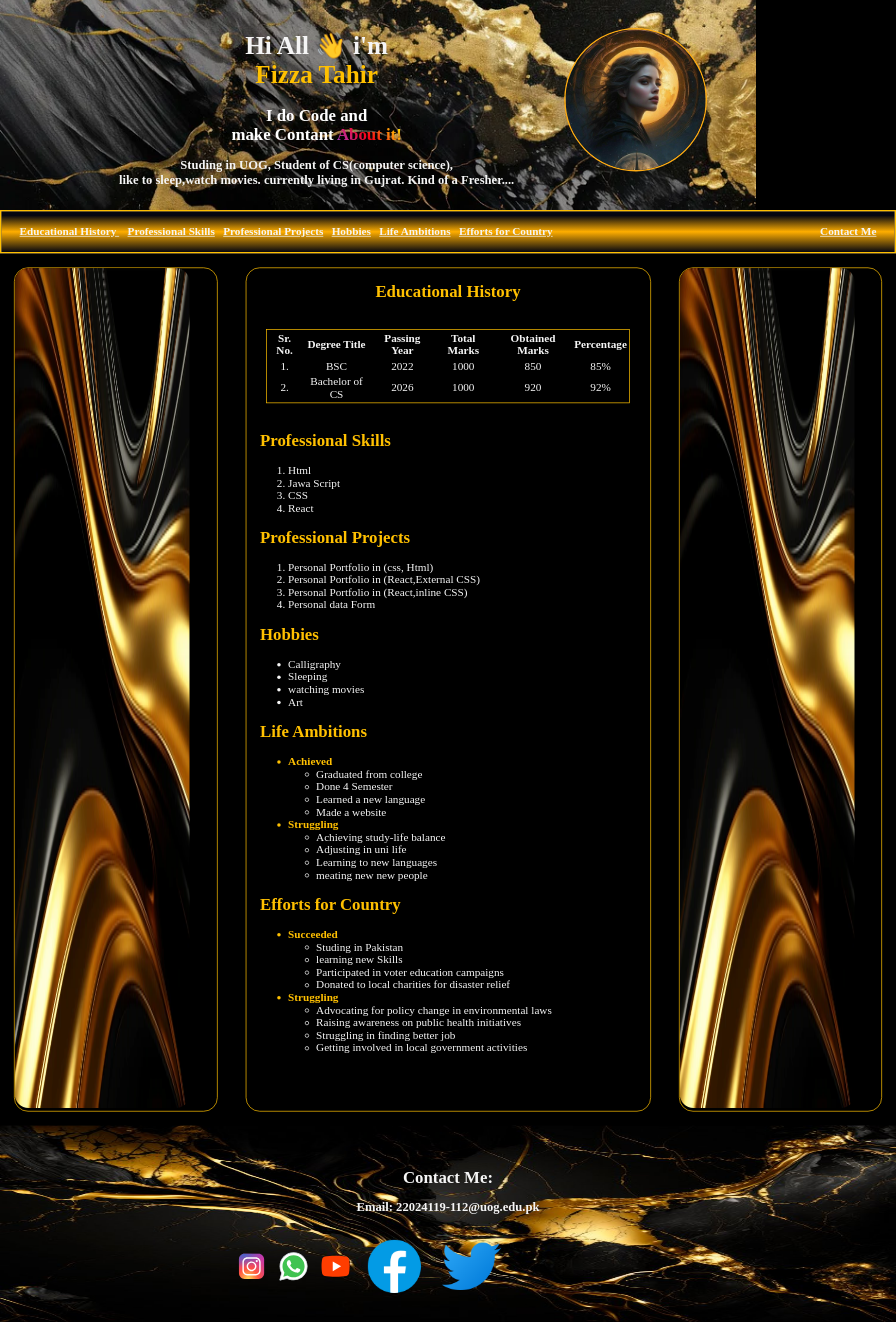
Repository: Fizza-112/project
Page: /
The author's editor kept a copy of each file at every save. The page is drawn from the files as they stood at one save, then again after the next save.
The browser window is 1280 px wide. The pictures show the whole page, at 70% of full size.
The project was rebuilt for these pictures with package versions that can differ from the ones it lists, and the page was loaded fresh each time. Also part of the build but not shown: vite.config.ts.

Above is the page before, as saved 2024-09-20 14:15:05.

### src/App.tsx

import "./App.css"

import instaimg from "./components/icons8-insta.svg"
import whatsappimg from "./components/icons8-whatsapp.svg"
import youtubeimg from "./components/icons8-youtube.svg"
import facebookimg from "./components/facebook icon.png"
import twitterimg from "./components/twitter.png"
import marbelimg from "./components/marbel.webp"
import profimg from "./assets/WhatsApp Image 2024-09-20 at 8.07.10 AM.jpeg"
import sidedivimg from "./assets/sidediv.webp"
import contantimg from "./assets/bg.jpg"
const App = () => {
  return (
    <>
    <header>
    <div className="header-container">
      {/* Base image */}
      <img
        className="base-image"
         src={marbelimg}
        alt="Profile"
      />

      {/* Content inside the header */}
      <div className="header-content">
        <h1 className="header-text"><b>Hi All 👋 i'm <br/><span className="nam"> Fizza Tahir</span> </b></h1>
        <div> <h2 className="contant">I do Code and<br/> make Contant <span className="span">About it!</span> </h2></div>
        <p className="sub-text">Studing in UOG, Student of CS(computer science),<br/>
        like to sleep,watch movies. currently living in Gujrat. Kind of a Fresher....</p>
      </div>

      {/* Another image (e.g., profile or other image) on the right side */}
      <img
        className="side-image"
         src={profimg}
        alt="Profile on Right"
      />
    </div>

  </header>


    <nav id="nav">
      <div>
  <a href='#EducationalHistory'>Educational History </a>
  <a href='#ProfessionalSkills'>Professional Skills</a>
  <a href="#ProfessionalProjects">Professional Projects</a>
  <a href="#Hobbies">Hobbies</a>
  <a href="#life-ambitions">Life Ambitions</a>
  <a href="#efforts-for-country">Efforts for Country</a>
  </div>
  <div>
  <a href="#Contact-Me">Contact Me</a>
  </div>
</nav>

<div className="div">
<div id="blank-div">
  <img className="leftdiv"src={sidedivimg} alt="img" />
</div>

<div id='main-contant'>

  <div id="EducationalHistory">

    <h2 className='nam'>Educational History</h2>
        <table>
            <thead >
                <tr>
                    <th>Sr. No.</th>
                    <th>Degree Title</th>
                    <th>Passing Year</th>
                    <th>Total Marks</th>
                    <th>Obtained Marks</th>
                    <th>Percentage</th>
                </tr>
            </thead>
            <tbody>
                <tr>
                    <td>1.</td>
                    <td>BSC</td>
                    <td>2022</td>
                    <td>1000</td>
                    <td>850</td>
                    <td>85%</td>
                </tr>
                <tr>
                    <td>2.</td>
                    <td>Bachelor of CS</td>
                    <td>2026</td>
                    <td>1000</td>
                    <td>920</td>
                    <td>92%</td>
                </tr>
            </tbody>
        </table>

  </div>

  <div id="ProfessionalSkills">
<h2 className='nam'>Professional Skills</h2>
<ol>
<li>Html</li>
<li>Jawa Script</li>
<li>CSS</li>
<li>React</li>
</ol>
   </div>

  <div id="ProfessionalProjects">
<h2 className='nam'>Professional Projects</h2>
<ol>
<li>Personal Portfolio in (css, Html)</li>
<li>Personal Portfolio in (React,External CSS)</li>
<li>Personal Portfolio in (React,inline CSS)</li>
<li>Personal data Form</li>
</ol>
   </div>

  <div id="Hobbies">
<h2 className='nam'>Hobbies</h2>
<ul>
<li>Calligraphy</li>
<li>Sleeping</li>
<li>watching movies</li>
<li>Art</li>
</ul>
   </div>

   <div id="life-ambitions">
    <h2 className='nam'>Life Ambitions</h2>
    <ul>
      <li className='nam'><b >Achieved</b></li>
      <ul>
        <li>Graduated from college</li>
        <li>Done 4 Semester </li>
        <li>Learned a new language</li>
        <li>Made a website </li>
      </ul>
      <li className='nam'><b >Struggling</b></li>
      <ul>
        <li>Achieving study-life balance</li>
        <li>Adjusting in uni life</li>
        <li>Learning to new languages</li>
        <li>meating new new people</li>
      </ul>
    </ul>
    </div>

    <div id="efforts-for-country">
    <h2 className='nam'>Efforts for Country</h2>
    <ul>
      <li className='nam'><b >Succeeded</b></li>
      <ul>
        <li>Studing in Pakistan</li>
        <li>learning new Skills</li>
        <li>Participated in voter education campaigns</li>
        <li>Donated to local charities for disaster relief</li>
      </ul>
      <li className='nam'><b >Struggling</b></li>
      <ul>
        <li>Advocating for policy change in environmental laws</li>
        <li>Raising awareness on public health initiatives</li>
        <li>Struggling in finding better job</li>
        <li>Getting involved in local government activities</li>
      </ul>
    </ul>
  </div>

  </div>
  <div id="end">
  <img className="rightdiv"src={sidedivimg} alt="img" />
  </div>
  </div>

<div id="Contact-Me">
  <footer>
  <div className="footer-container">
      {/* Base image for footer */}
      <img
       className="footer-image"
       src={contantimg}
      alt="Profile"
      />

      {/* Footer content (heading and icons) */}
      <div className="footer-content">
        <h2 className="footer-heading">Contact Me:</h2>
        <h3 className="footer-email">Email: 22024119-112@uog.edu.pk</h3>

        {/* Social media icons */}
        <div className="social-icons">
        <a href="https://www.instagram.com/" target='_blank'><img src={instaimg} alt='icon' className='icons'></img></a>
  <a href="https://web.whatsapp.com/" target='_blank'><img src={whatsappimg} alt='icon' className='icons'></img></a>
  <a href="https://www.youtube.com/" target='_blank'><img src={youtubeimg} alt='icon' className='icons'></img></a>
  <a href="https://www.facebook.com/login/?next=https%3A%2F%2Fwww.facebook.com%2F" target='_blank'><img src={facebookimg} alt='icon' className='icons'></img></a>
  <a href="https://twitter.com/i/flow/login" target='_blank'><img src={twitterimg} alt='icon' className='icons'></img></a>

        </div>
      </div>
    </div>
    </footer>
  </div>
    </>
  )
}

export default App

### src/App.css
body{
  margin: 0px;
  padding: 0px;

  /* background-color:bisque;
  background-image: linear-gradient(19deg, bisque 0%, #989fff 100%);
   */
   /* background-color:bisque;
background-image: linear-gradient(62deg, bisque 0%, #945cfd 100%); */
/* background-color: #001886;
background-image: linear-gradient(43deg, #001886 0%, #05060f 46%, #001886  100%); */
background-color:black;



}
.header-container{
  display: flex;
  align-items: center;
  justify-content: center;
  width: 200%;
  height: 300px;
  /* color:aliceblue;
  background-color: #0c0c0c;
background-image: linear-gradient(43deg, gold 0%,#161516 46%, black 100%); */
position: relative;
max-width: 1080px;

}

.base-image{
  width: 200%;
  height: 300px;
 background-size:contain;
 object-fit: cover;
}
.header-content {
  position: absolute;
  top: 20px; /* Adjust padding from top */
  left: 20px; /* Adjust padding from left */
  color: white;

}
@media (max-width: 768px){
header{
  display: flex;
  align-items: center;
  justify-content: center;
  width: 100%;
  color:aliceblue;
  background-color: #001886;
  background-image: linear-gradient(180deg, #05060f 10%,#001886   50%, #05060f 100%);
/* background-image: linear-gradient(43deg, #001886 0%, #05060f 46%, #001886  100%);  */
max-width: 768px;
padding-left: 10px;
}
}

.header-text{
  /*
  /* color:#880808;
  color:#ffc000; */
 color: whitesmoke;
 text-align: center;
  font-size: 36px;
  font-weight: bold;
  margin-left: 150px;

}
.sub-text{
  color:whitesmoke;
  text-align: center;
  font-weight: 700;
  text-align: center !important;
  font-size: 18px;
  margin-left: 150px;
}
.contant{
  text-align: center;
  margin-left: 150px;
}
.span{

  background: -webkit-linear-gradient(43deg, #a241d0 0%, #f90118 46%, #fff500 100%);
  -webkit-background-clip: text;
  -webkit-text-fill-color: transparent;
}

.side-image{
  width: 200px;
  border-radius: 50%;
  margin-top: 20px;
  border:2px solid rgb(253, 171, 19);
  position: absolute;
  top: 20px;              /*  match header's top */
  right: 20px;             /* Position it on the right side */

  object-fit: cover; /* Maintain aspect ratio */
  display:block;
 margin-right: 50px;

}
.side-image:hover{
  border: 3px solid gold;
}
#nav{
  display: flex;
  align-items:center;
  justify-content: space-between;
   padding: 20px;
   background-color:  #001886;
   background-image: linear-gradient(180deg, #05060f 10%, rgb(255, 174, 0)   50%, #05060f 100%);
   /* background-image: linear-gradient(180deg, #001886 10%, #05060f 50%, #001886  100%); */
   /* background-color: #001886;
   background-image: linear-gradient(43deg, #001886 0%, #05060f 46%, #001886  100%);  */
  border: 2px solid #ffc000;
}
@media (max-width: 768px){
#nav{
  max-width: 798px;

  display: flex;
  align-items:center;
  justify-content: space-between;
   padding: 20px;
   background-color:  #001886;
   background-image: linear-gradient(180deg, #05060f 10%,#001886   50%, #05060f 100%);
   /* background-image: linear-gradient(180deg, #001886 10%, #05060f 50%, #001886  100%); */
   /* background-color: #001886;
   background-image: linear-gradient(43deg, #001886 0%, #05060f 46%, #001886  100%);  */
  border: 2px solid #ffc000;

}
}
.div{
  display: flex;


}
#blank-div{
width: 25%;
border: 1px solid #ffc000 ;
                    /*    left box contant border */
margin: 20px;
border-radius:20px;

}
.leftdiv{
  width:250px;
  height:1200px;
  border-radius:20px;
}
#main-contant{
  width: 50%;
  border: 1px solid #ffc000;      /*center contant border*/
  margin: 20px;
border-radius:20px;
}
#end{
  width: 25%;
  border: 1px solid #ffc000;     /*right contant border*/

  margin: 20px;
  border-radius:20px;

}
a{
  color: whitesmoke;
  margin: 6px;
  font-weight: 800;
}


table{
  border: 1px solid #ffc000;       /*table border*/
  justify-content:center;
  align-items:center;
  text-align: center;
 width: 90%;
  margin: 20px;
}
@media (max-width: 768px){
table{
  max-width: 768px;
  border: 1px solid #ffc000;       /*table border*/
  justify-content:center;
  align-items:center;
  text-align: center;
 width: 90%;
  margin: 20px;
}
}
#EducationalHistory{
  color:whitesmoke;
  width:100%;
  display:flex;
  flex-direction: column;
  justify-content: center;
  align-items:center;
}
#ProfessionalSkills{
  margin-left: 20px;
  color:whitesmoke;
}
#ProfessionalProjects{
  margin-left: 20px;
  color:whitesmoke;
}
#Hobbies{
  margin-left: 20px;
  color:whitesmoke;
}
#life-ambitions{
  margin-left: 20px;
  color:whitesmoke;
}
#efforts-for-country{
  margin-left: 20px;
  color:whitesmoke;
}
@media (max-width:768px){
#efforts-for-country{
  max-width: 768px;
  color:whitesmoke;
}
}
.nam{
  color:#ffc000;
}

.footer-container{
  text-align: center;
  /* background-color:  #001886;
background-image: linear-gradient(180deg, #05060f 10%,#001886   50%, #05060f 100%);
/*  */
  /* background-color: #001886;
  background-image: linear-gradient(43deg, #001886 0%, #05060f 46%, #001886  100%);  */
  color:whitesmoke;
  margin: 20px, 0px 0px, 0px;

  height: 150px;
  position: relative;
  width: 100%;
  margin-left: 0px;

}

.footer-image{
  width: 100%;
  height: 150px;
  margin-left: 0px;
  height: 280px;
  display: block;
}
.footer-content {
  position: absolute;
  top: 50%;
  left: 50%;
  transform: translate(-50%, -50%);
  color: white; /* White text for good contrast */
}

.footer-heading{
font-size: 24px;
  font-weight: bold;
  margin-bottom: 10px;
 color:whitesmoke;
 padding-top: 150px;


}
.footer-email{
  color:whitesmoke;
  font-size: 18px;
  margin-bottom: 20px;
}




.social-icons{
    display: flex;
    justify-content: center;
    align-items:center;
    width: 35px;
    height: auto;
}
.icons{
  height: ;
}

.social-icons:hover{

  background: linear-gradient( #0f2027, #203a43,#2c5364);
}


.rightdiv{
  width:250px;
  height:1200px;
  border-radius:20px;
}

Loaded but not shown: index.html (common file); src/main.tsx (common file); src/index.css (no stored copy; drawn as an empty file)

After the next save:
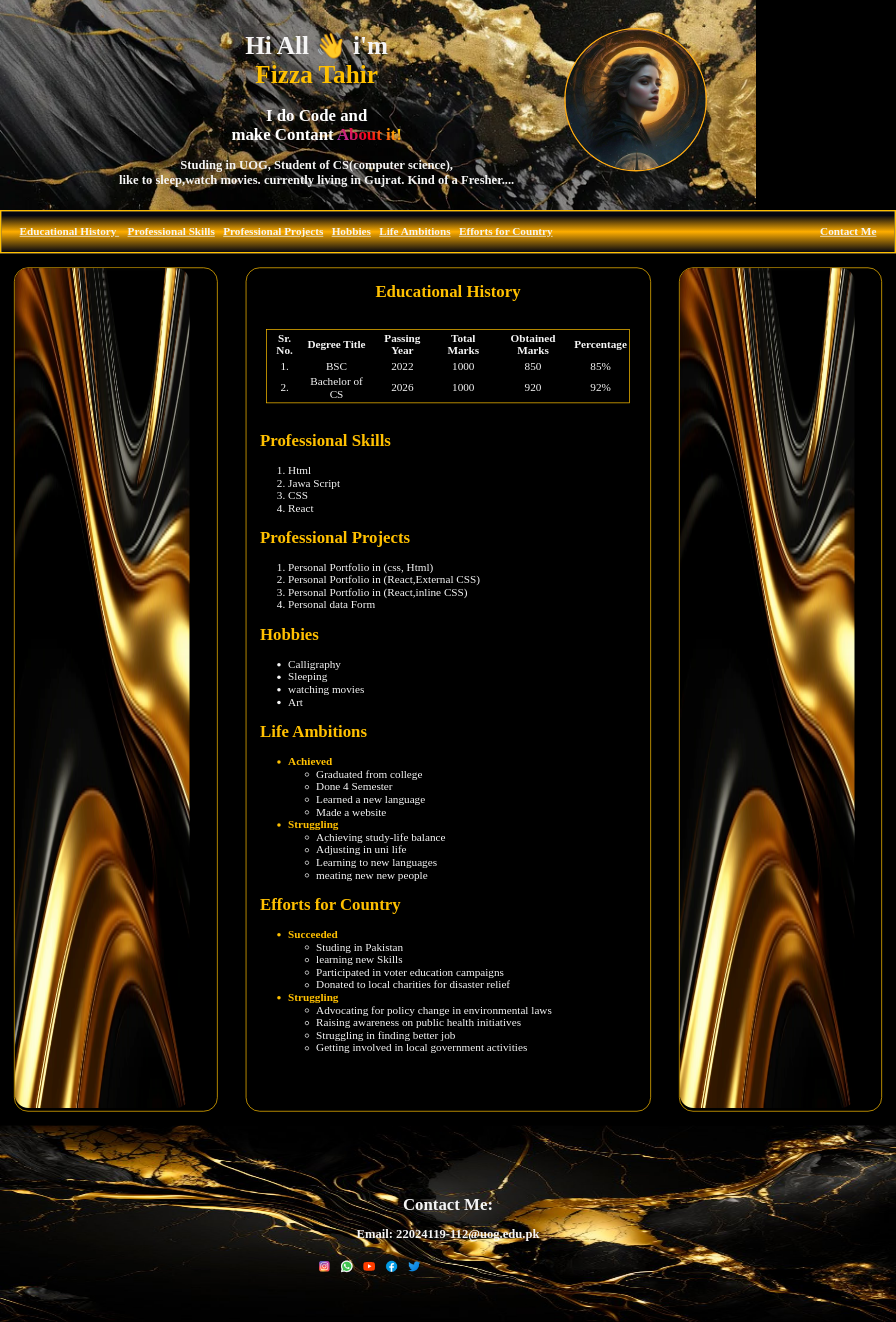
Saved 4 s later.
--- a/src/App.css
+++ b/src/App.css
@@ -286,7 +286,7 @@ font-size: 24px;
     height: auto;
 }
 .icons{
-  height: ;
+  height: 20px;
 }
 
 .social-icons:hover{
